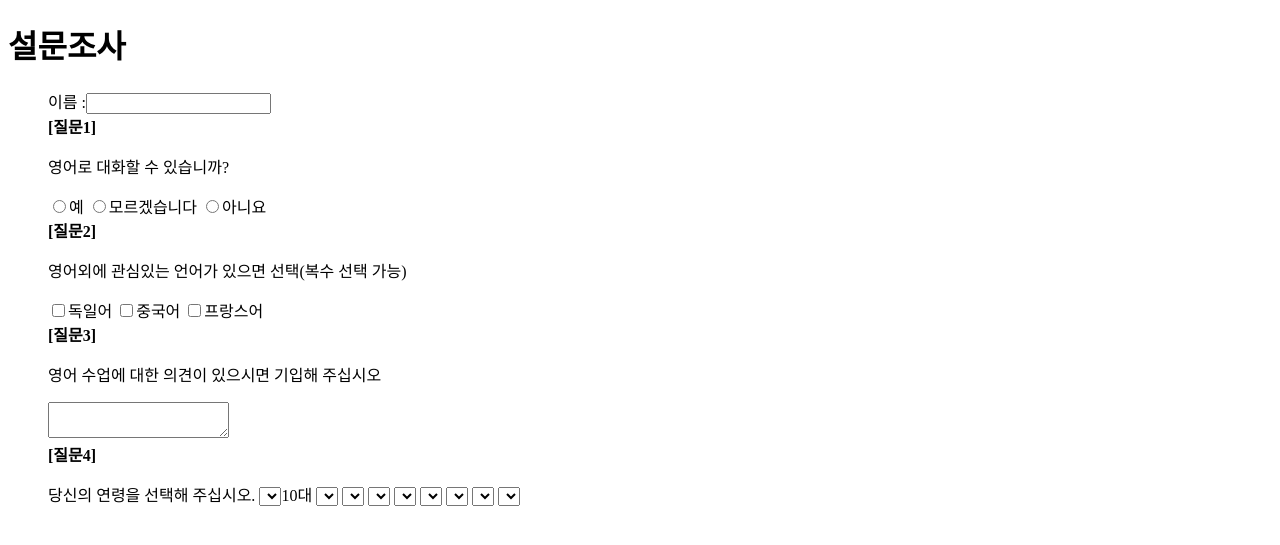
Repository: Jv2020/bitcamp
Page: html/sample05/WebContent/test02.html
The author's editor kept a copy of each file at every save. The page is drawn from the files as they stood at one save, then again after the next save.
The browser window is 1280 px wide. The pictures show the whole page.

Above is the page before, as saved 2020-01-03 07:29:48.

After the next save:
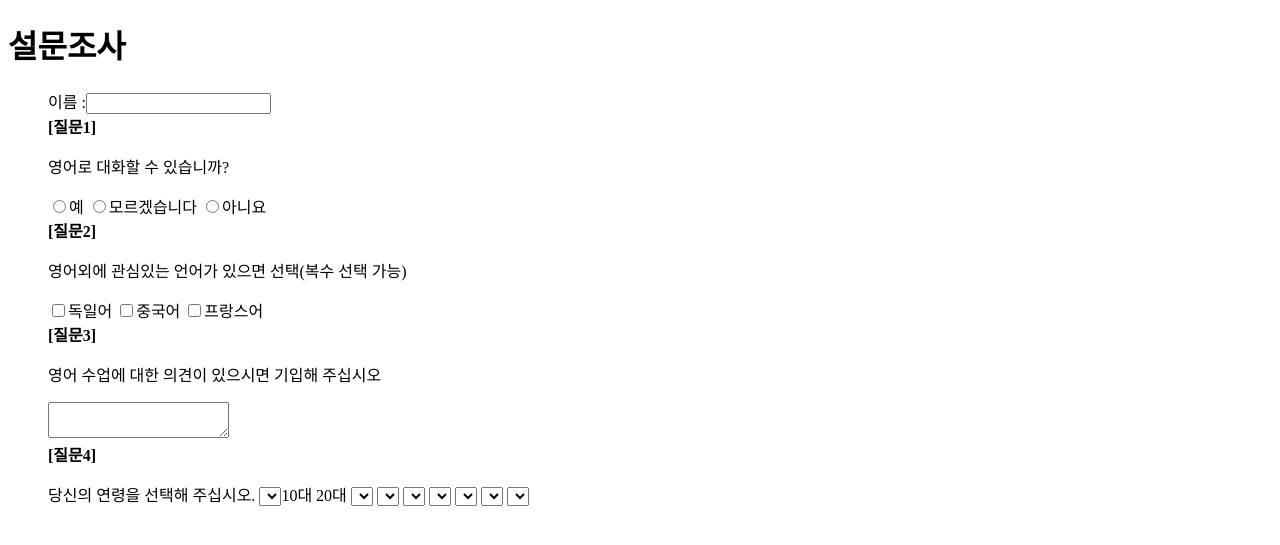
Saved 12 s later.
--- a/html/sample05/WebContent/test02.html
+++ b/html/sample05/WebContent/test02.html
@@ -39,7 +39,7 @@ ul li {list-style:none;}
 			<p>당신의 연령을 선택해 주십시오.
 				<select>
 					<select option="10대">10대</select>
-					<select option="20대">20대</select>
+					<option="20대">20대</option>
 					<select option="30대">30대</select>
 					<select option="40대">40대</select>
 					<select option="50대">50대</select>
